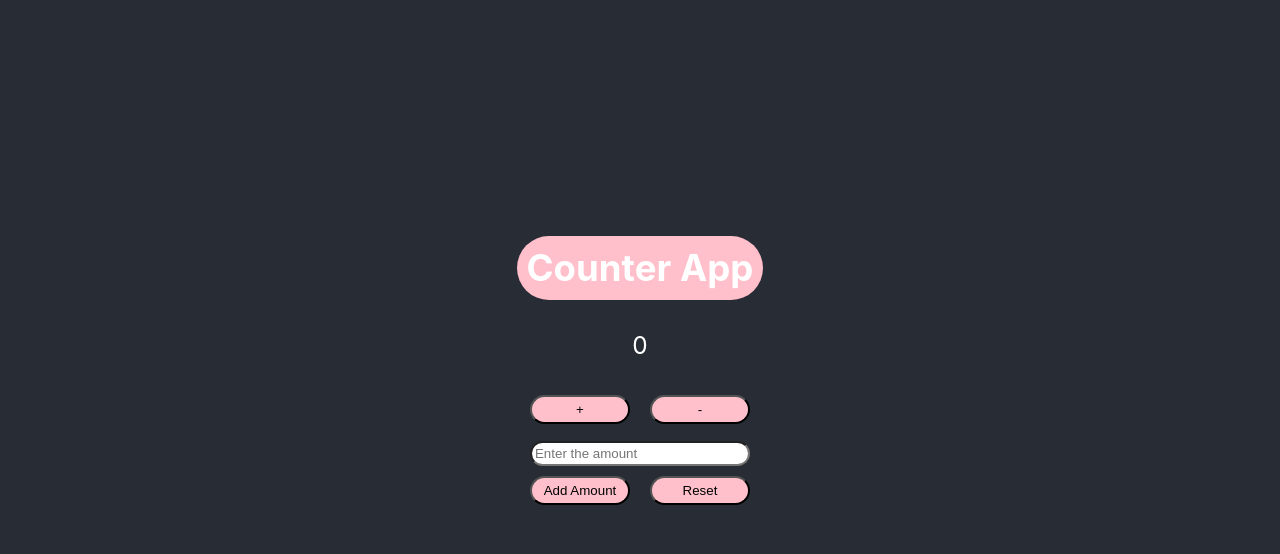
Repository: mahsa199170/React-Redux-Projects
Page: / (app in counter-app-redux-toolkit/)
An editor plug-in stored every save of this project. The page is shown before and after the next save, followed by the edit.
The browser window is 1280 px wide. The pictures show the whole page.
The project was rebuilt for these pictures with package versions that can differ from the ones it lists, and the page was loaded fresh each time.

Above is the page before, as saved 2024-10-28 15:27:11.

After the next save:
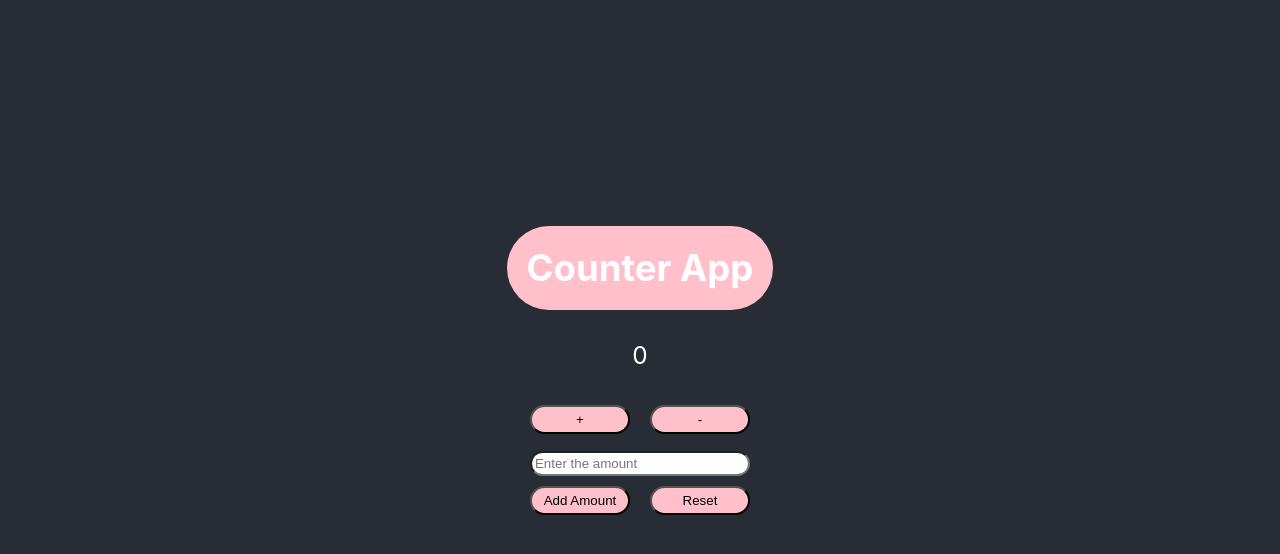
Saved 15 s later.
--- a/counter-app-redux-toolkit/src/components/counter/Counter.js
+++ b/counter-app-redux-toolkit/src/components/counter/Counter.js
@@ -38,7 +38,7 @@ const Counter = () => {
         style={{
           backgroundColor: 'pink ',
           borderRadius: '50px',
-          padding: '10px',
+          padding: '20px',
         }}
       >
         Counter App
